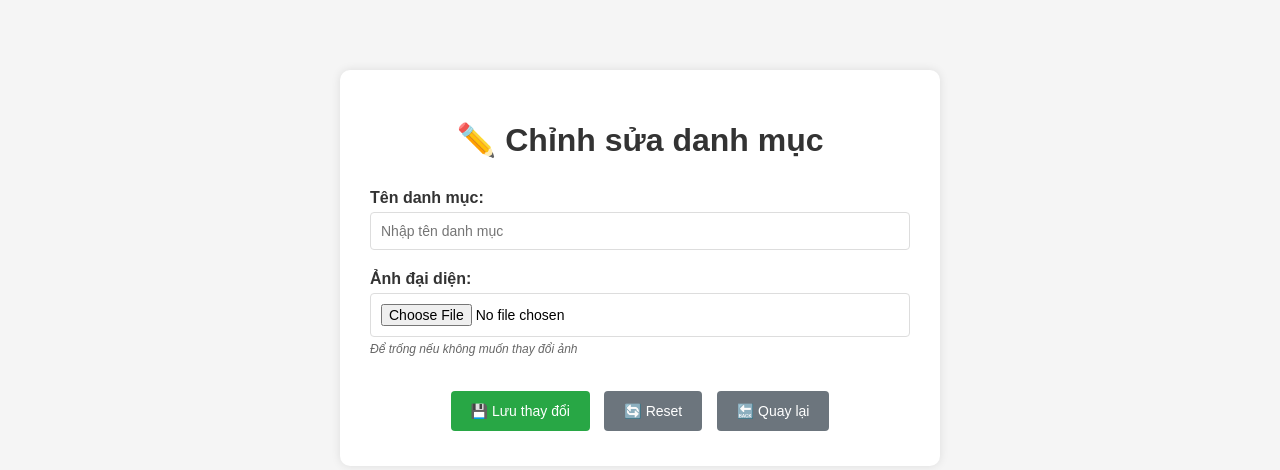
Repository: Ticasslo/23110327_HuynhNgocThang_LTWeb_BT
Page: http://localhost/23110327/views/admin/edit-category.jsp
These files come from the project's save history. The page is drawn as it stood at one moment and after the next save; the edit follows.
The browser window is 1280 px wide. The pictures show the whole page.
The page is served by Tomcat 10. The template is opened directly, without the code that normally fills it, so the values that code supplies are empty.

Above is the page before, as saved 2025-08-29 16:36:26.

After the next save:
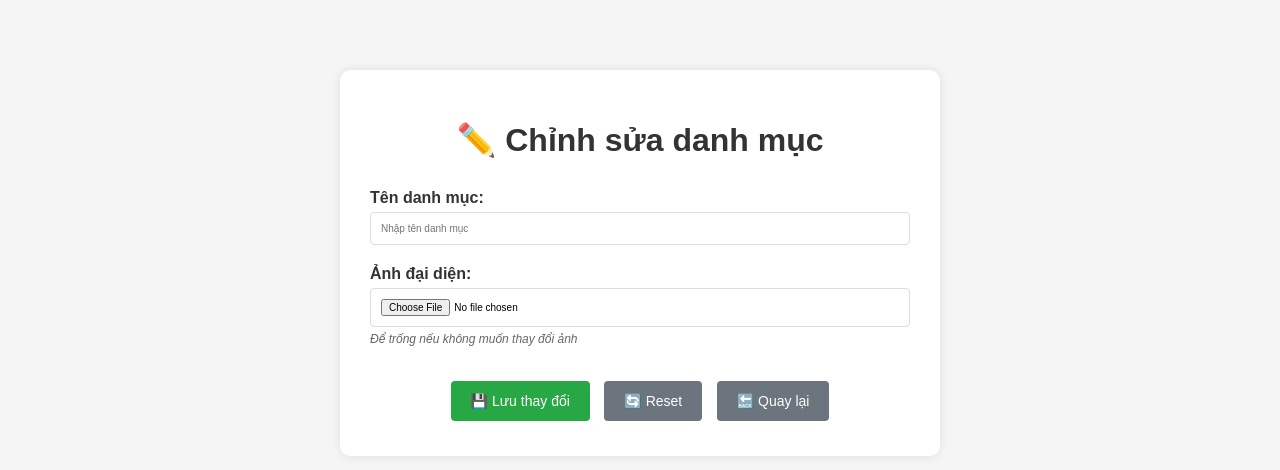
Saved 65 s later.
--- a/23110327/src/main/webapp/views/admin/edit-category.jsp
+++ b/23110327/src/main/webapp/views/admin/edit-category.jsp
@@ -44,7 +44,7 @@
 	padding: 10px;
 	border: 1px solid #ddd;
 	border-radius: 4px;
-	font-size: 14px;
+	font-size: 10px;
 	box-sizing: border-box;
 }
 

After the save that followed:
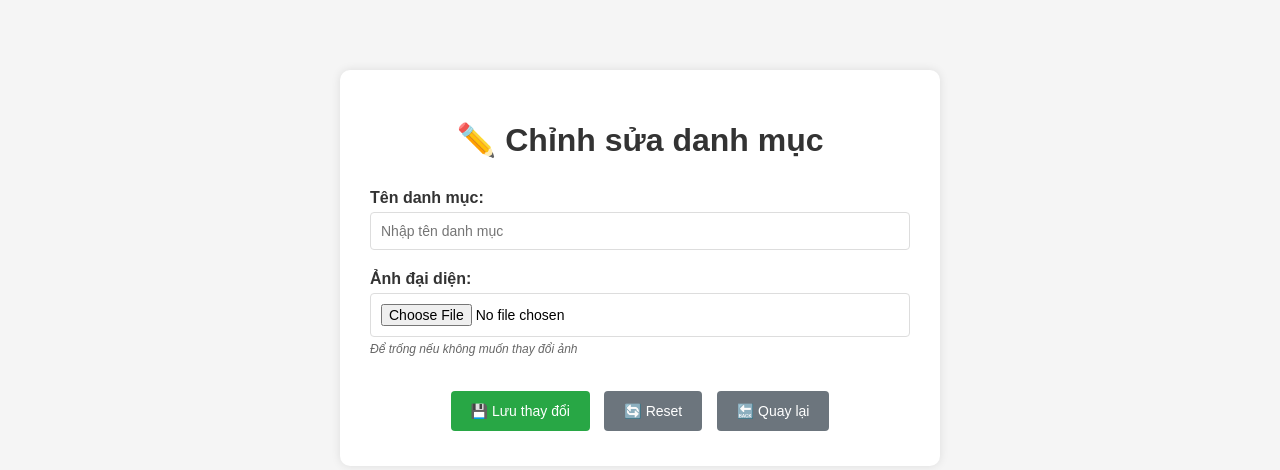
Saved 12 s later.
--- a/23110327/src/main/webapp/views/admin/edit-category.jsp
+++ b/23110327/src/main/webapp/views/admin/edit-category.jsp
@@ -44,7 +44,7 @@
 	padding: 10px;
 	border: 1px solid #ddd;
 	border-radius: 4px;
-	font-size: 10px;
+	font-size: 14px;
 	box-sizing: border-box;
 }
 
